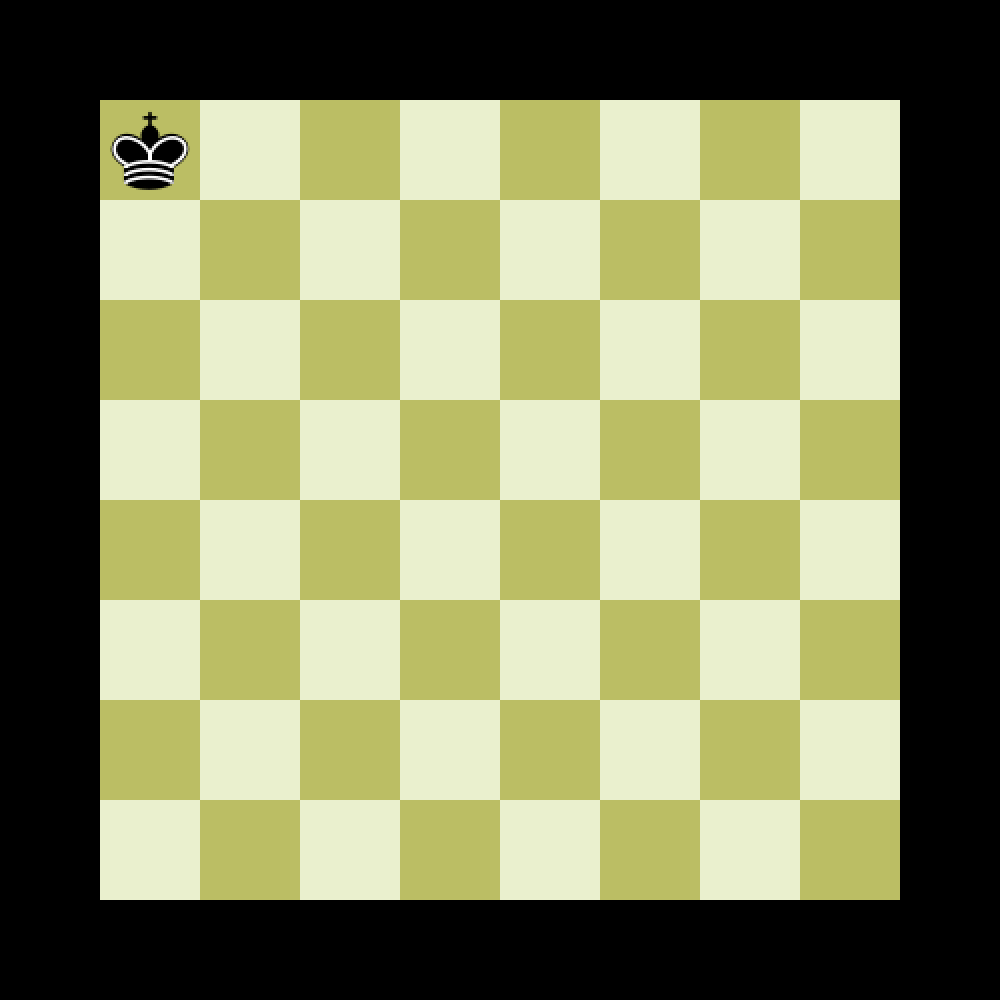
Repository: a-longe/capstone
Script's output: python engine/drag_n_drop_test.py
These files come from the project's save history. The script's output is drawn as it stood at one moment and after the next save; the edit follows.
The window is shown after at most 60 frames with no key pressed. Random numbers start from a fixed seed. It also reads engine/images/bK.png.

Above is the script's output before, as saved 2023-12-15 13:36:59.

### engine/drag_n_drop_test.py
import os
import sys
import pygame as pg
import math

Cord = tuple[int, int]
TOP_LEFT = 100
BOTTOM_RIGHT = 900
SQUARE_SIZE = 100
SCREEN_SIZE = 1000

RECT_DATA = 0
GLYPH = 1

def is_even(n):
    return 0 == n % 2


def is_odd(n):
    return 1 == n % 2

def black_square(surface, image, rect):
    image.fill((187,190,100))
    surface.blit(image, rect)


def white_square(surface, image, rect):
    image.fill((234,240,206))
    surface.blit(image, rect)

def get_snap_cords(x, y) -> Cord:
    return (math.floor(x / SQUARE_SIZE) * SQUARE_SIZE,
            math.floor(y / SQUARE_SIZE) * SQUARE_SIZE)

def fen_to_pieces(fen) -> list[tuple[tuple[int, int, int, int], str]]:
    lo_pieces = []
    pieces = fen.split(' ')[0]
    rows = pieces.split('/')
    r_i = 0
    for row in rows:
        c_i = 0
        for char in row:
            if char.isdigit():
                c_i += int(char) - 1
            else:
                # convert c_i and r_i into square
                lo_pieces.append(((c_i * SQUARE_SIZE + SQUARE_SIZE,
                                   r_i * SQUARE_SIZE + SQUARE_SIZE,
                                    SQUARE_SIZE, SQUARE_SIZE), char))
            c_i += 1
        r_i += 1
    return lo_pieces


IMAGE_DIR = os.path.join(os.path.dirname(os.path.abspath(__file__)), 'images')

def get_piece_img(glyph:str) -> pg.Surface:
    if glyph.isupper():
        color = 'w'
    else:
        color = 'b'
    piece_type = glyph.upper()
    return pg.image.load(os.path.join(IMAGE_DIR, f"{color}{piece_type}.png"))


square_coords = [[i, j] for i in range(TOP_LEFT, BOTTOM_RIGHT, SQUARE_SIZE) \
                for j in range(TOP_LEFT, BOTTOM_RIGHT, SQUARE_SIZE)]


class Piece:
    # A Piece object needs to know about the Board because its behaviour
    # depends on the location of other Piece objects--only the Board knows
    # about them--that's why Board is an argument. It also needs to know its
    # dimensions, so we pass them in rect
    def __init__(self, Board, rect, glyph):
        self.board = Board
        self.rect = pg.Rect(rect)
        # self.cord = square_to_cords(square)
        self.previous_center = self.rect.center
        # a Piece object has a click attribute that is true if the
        # left mouse button is down and on top of the Piece
        self.click = False
        self.image = pg.transform.scale(get_piece_img(glyph), (SQUARE_SIZE,
                                                               SQUARE_SIZE))
        self.is_white = glyph.isupper()

    # Check that the player has been selected and that the mouse will
    # not cause the player to bleed out of bounds.

    # To deal with collisions, save current position, and then move
    # the player to the mouse position. If there is a collision, then
    # move the rectangle back to the previous position.

    # Regardless, draw the player
    def update(self):
        if (self.click):
            self.rect.center = pg.mouse.get_pos()
        self.board.surface.blit(self.image, self.rect)

    def snap_to_square(self) -> None:
        if self.board.mouse_inside_bounds():
            player_cords = (self.rect.center[0], self.rect.center[1])
            self.rect.topleft = get_snap_cords(*player_cords)




class Board:
    # Each position corresponds to the arguments needed to instantiate
    # the PyGame.Rect class: (x, y, width, height) corresponding to a player

    # The Board class updates itself by asking the players to paint themselves.

    # It has a number of methods that exist so other parts of the program can
    # inquire about the current state of the board
    def __init__(self, positions):
        self.surface = pg.display.set_mode((SCREEN_SIZE, SCREEN_SIZE))
        self.players = []
        for piece_data in positions:
            board_rel_cords = (piece_data[RECT_DATA][0] - 100,
                               piece_data[RECT_DATA][1] - 100)
            map_key = sum([int(board_rel_cords[0] / SQUARE_SIZE),
                          int(board_rel_cords[1] / SQUARE_SIZE)])
            print(map_key)
            self.players.append(Piece(self, piece_data[RECT_DATA],
                                    piece_data[GLYPH]))

    def clear_surface(self):
        self.surface.fill(0)

    def get_players(self):
        return self.players

    def set_players(self, players):
        self.players = players

    def mouse_inside_bounds(self):
        # hard-coded numbers should be fixed
        x, y = pg.mouse.get_pos()
        return (x > TOP_LEFT and x < BOTTOM_RIGHT and
                y > TOP_LEFT and y < BOTTOM_RIGHT)

    def collisions(self, a_player):
        rects = [player.rect for player in self.get_players()]
        target_rects = [rect for rect in rects if rect != a_player.rect]
        return a_player.rect.collidelistall(target_rects)

    def display_grid(self):
        # print("I should be displaying...")
        for x, y in square_coords:
            row = x / 100
            column = y / 100
            rect = pg.Rect([x, y, 100, 100])
            image = pg.Surface(rect.size).convert()
            if not (is_odd(row) ^ is_odd(column)):
                black_square(self.surface, image, rect)
            else:
                white_square(self.surface, image, rect)

    def del_piece(self, piece):
        all_pieces = self.get_players()
        all_pieces.remove(piece)
        self.set_players(all_pieces)

    def on_mouse_down(self):
        for player in self.get_players():
            # The event positions is the mouse coordinates
            if player.rect.collidepoint(pg.mouse.get_pos()):
                if not player.click:
                    # store current center
                    player.previous_center = player.rect.center
                player.click = True

    def on_mouse_up(self):
        for player in self.get_players():
                if player.click:
                    # if valid location and is legal move()
                    if player.board.mouse_inside_bounds() and True:
                        # does player collide with another player
                        colliding_piece = [piece_2 for piece_2 in self.get_players() if piece_2.rect.collidepoint(pg.mouse.get_pos())]
                        colliding_piece.remove(player)
                        if not colliding_piece:
                            # if not colliding with any piece
                            player.snap_to_square()
                        elif player.is_white != colliding_piece[0].is_white:
                            # if colliding with piece with different colour
                            # delete player from player_list and then snap
                            self.del_piece(colliding_piece[0])
                            player.snap_to_square()
                        else:
                            player.rect.center = player.previous_center
                    # else set cords to last square
                    else:
                        player.rect.center = player.previous_center
                player.click = False

    def update_board(self):
        self.clear_surface()
        self.display_grid()
        for player in self.get_players():
            player.update()


def main(Board):
    # listen for events and update board in response to them
    game_event_loop(Board)
    Board.update_board()


# Notice that the event loop has been given its own function. This makes
# the program easier to understand.
def game_event_loop(Board):
    for event in pg.event.get():
        if event.type == pg.MOUSEBUTTONDOWN:
            Board.on_mouse_down()
        elif event.type == pg.MOUSEBUTTONUP:
            Board.on_mouse_up()
        elif event.type == pg.QUIT:
            pg.quit()
            sys.exit()


if __name__ == "__main__":
    os.environ['SDL_VIDEO_CENTERED'] = '1'
    pg.init()
    MyBoard = Board(fen_to_pieces('k7/8/8/8/8/8/8/8 b - - 99 50'))
    MyClock = pg.time.Clock()
    while True:
        main(MyBoard)
        pg.display.update()
        MyClock.tick(60)

After the next save:
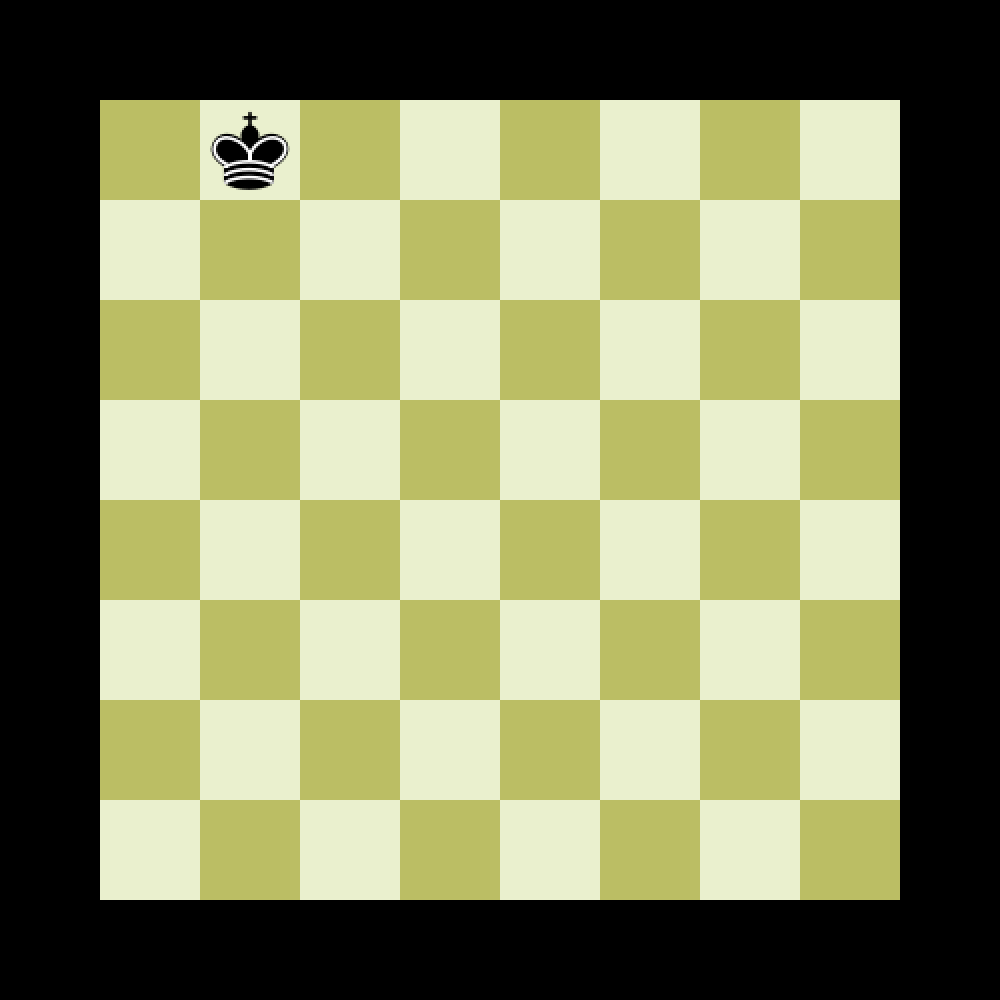
Saved 11 s later.
--- a/engine/drag_n_drop_test.py
+++ b/engine/drag_n_drop_test.py
@@ -223,7 +223,7 @@ def game_event_loop(Board):
 if __name__ == "__main__":
     os.environ['SDL_VIDEO_CENTERED'] = '1'
     pg.init()
-    MyBoard = Board(fen_to_pieces('k7/8/8/8/8/8/8/8 b - - 99 50'))
+    MyBoard = Board(fen_to_pieces('1k6/8/8/8/8/8/8/8 b - - 99 50'))
     MyClock = pg.time.Clock()
     while True:
         main(MyBoard)
